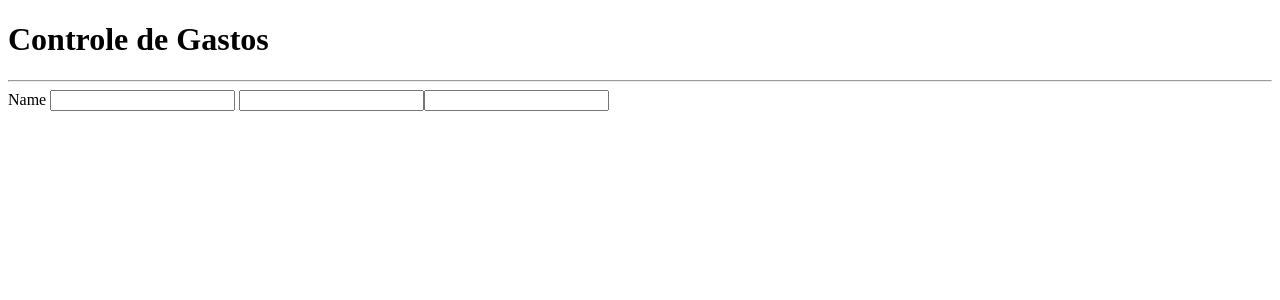
Repository: MarcioFreitasUFSC21/FrontEnd-part-1
Page: index.html
The author's editor kept a copy of each file at every save. The page is drawn from the files as they stood at one save, then again after the next save.
The browser window is 1280 px wide. The pictures show the whole page.

Above is the page before, as saved 2023-04-22 19:00:06.

After the next save:
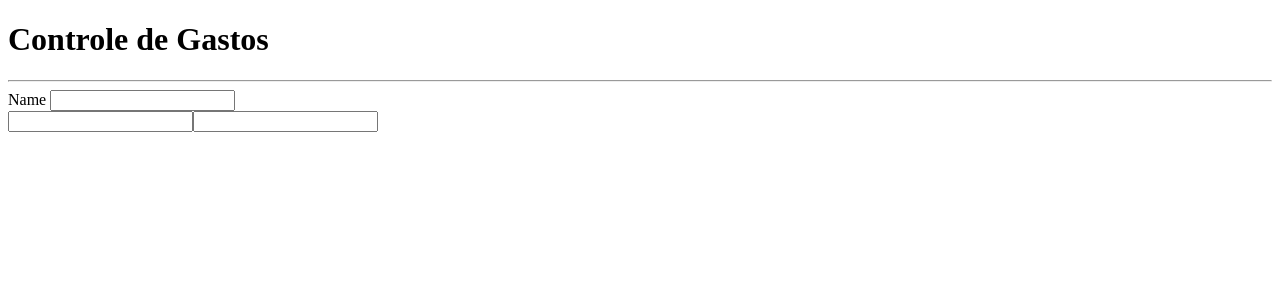
Saved 17 s later.
--- a/index.html
+++ b/index.html
@@ -9,7 +9,7 @@
 <body>
     <h1> Controle de Gastos</h1>
     <hr>
-    <label type = "Name"> Name</label> <input type = "text" ></body></input>
+    <label type = "Name"> Name</label> <input type = "text" ></body></input><br>
     <input type = "number" ></body></input><input type = "text" ></body></input>
 
 </body>
